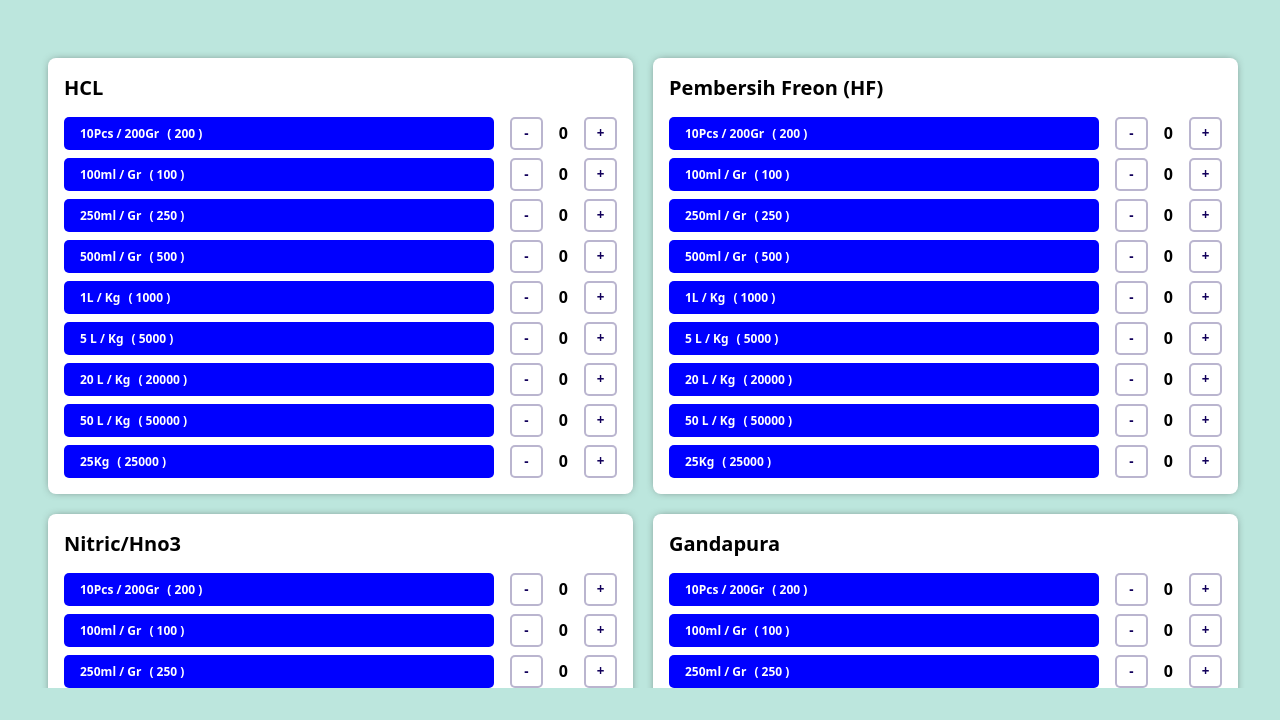
Repository: zuraniumlab-design/upstock-amsk
Page: /
These files come from the project's save history. The page is drawn as it stood at one moment and after the next save; the edit follows.
The browser window is 1280 px wide. The pictures show the whole page.
An inner scrolling area shows only its first screen. The project was rebuilt for these pictures with package versions that can differ from the ones it lists, and the page was loaded fresh each time. Also part of the build but not shown: vite.config.js.

Above is the page before, as saved 2026-06-18 17:09:20.

After the next save:
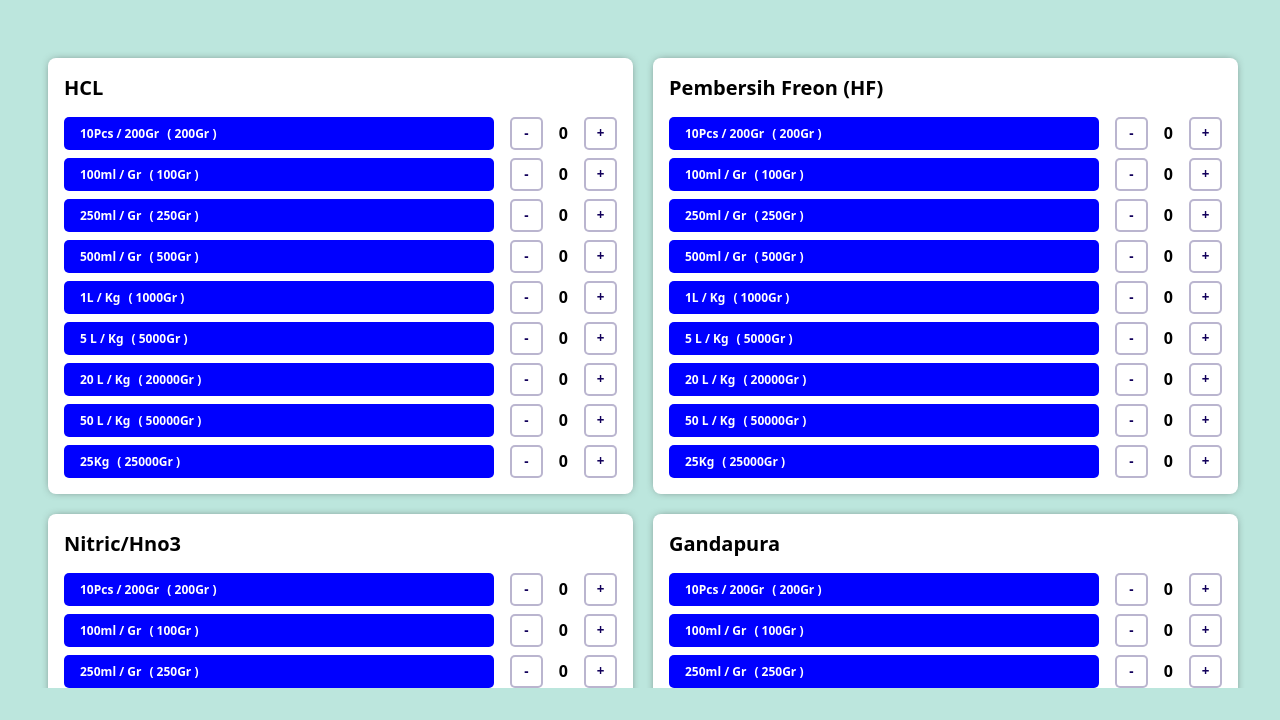
Saved 5 s later.
--- a/src/App.jsx
+++ b/src/App.jsx
@@ -1523,7 +1523,7 @@ function App() {
                   {value.map((w, windex) => {
                     return (
                       <div key={index + '-' + windex} className={styles.weight}>
-                        <div className={styles.display}>{w.display} <span>( {w.value} )</span></div>
+                        <div className={styles.display}>{w.display} <span>( {w.value}Gr )</span></div>
                         <div className={styles.stock}>
                           <button className={styles.stockMinus}>-</button>
                           <div className={styles.stockDisplay}>{w.stock}</div>
